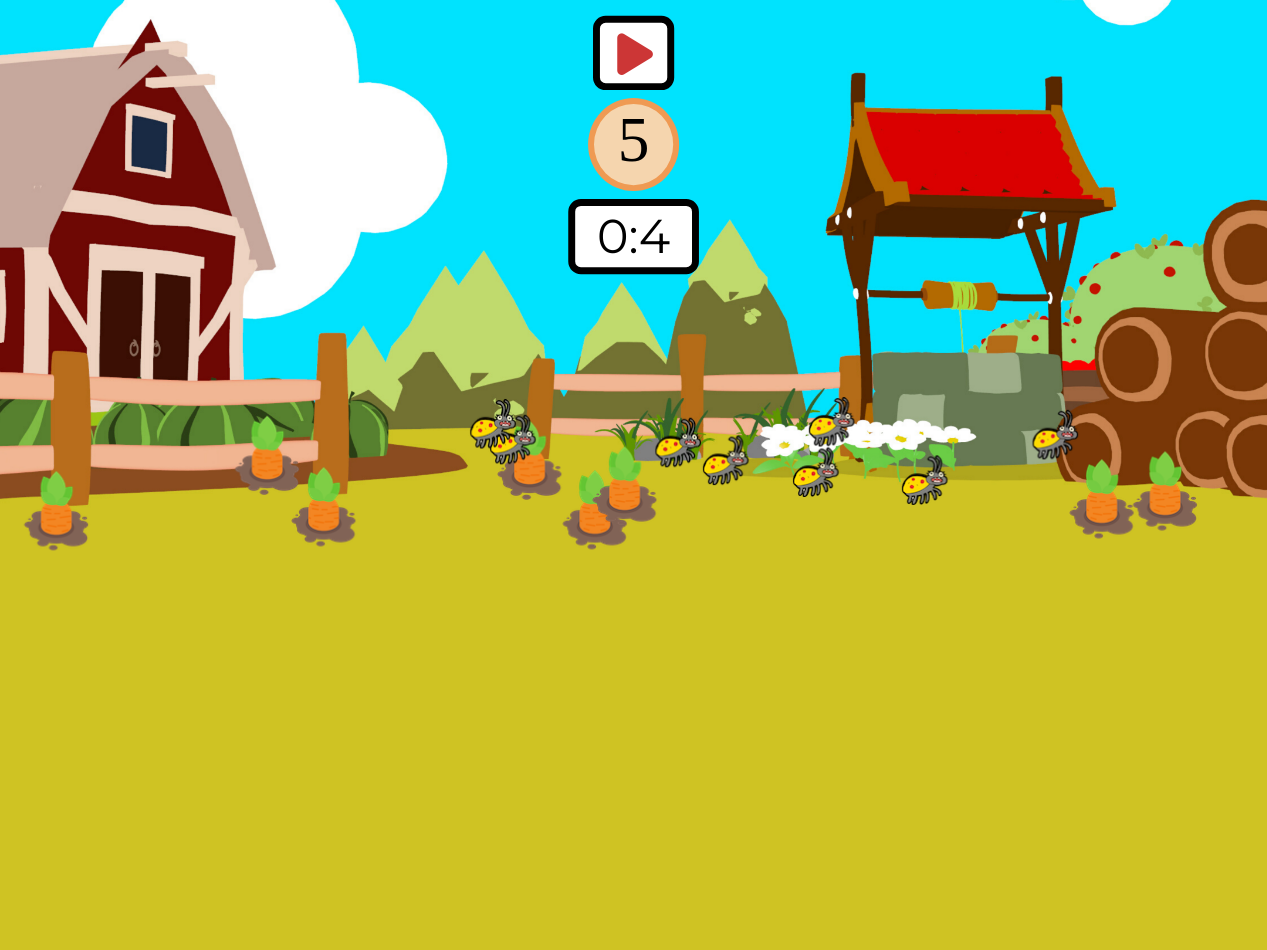
Repository: sephinejo/Mini-carrot-game
Page: index.html
The author's editor kept a copy of each file at every save. The page is drawn from the files as they stood at one save, then again after the next save.
The browser window is 1280 px wide. The pictures show the whole page, at 99% of full size.
Some web fonts or font styles are not loaded; a fallback is used. Some web libraries are served in a nearby version.

Above is the page before, as saved 2023-05-15 11:48:49.

After the next save:
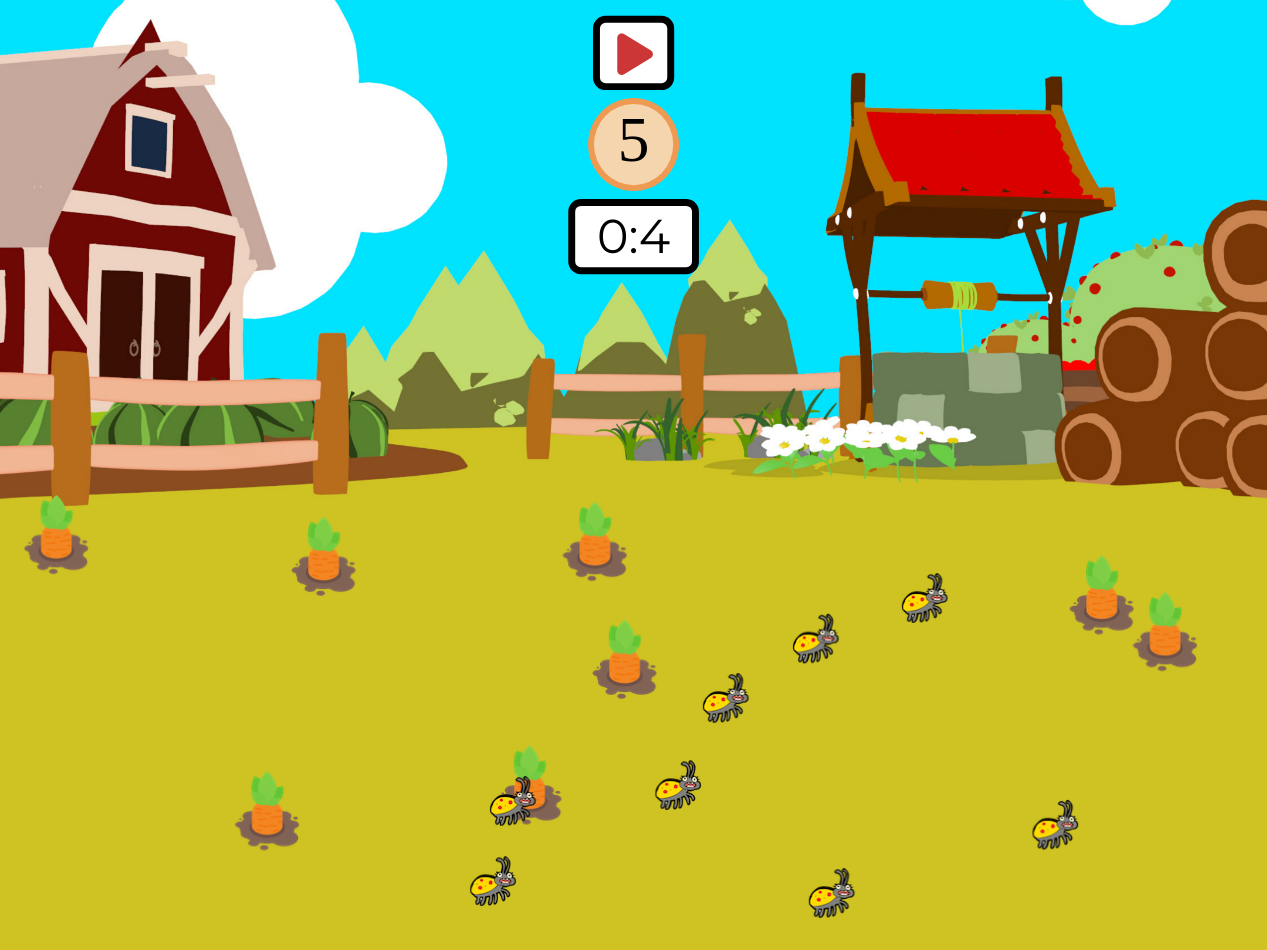
Saved 28 s later.
--- a/main.js
+++ b/main.js
@@ -14,7 +14,7 @@ function addItem(className, count, imgPath) {
   const x1 = 0;
   const y1 = 480;
   const x2 = fieldRect.width - CARROT_SIZE;
-  const y2 = fieldRect.height - CARROT_SIZE;
+  const y2 = fieldRect.bottom - CARROT_SIZE;
   for (let i = 0; i < count; i++) {
     const item = document.createElement('img');
     item.setAttribute('class', className);
